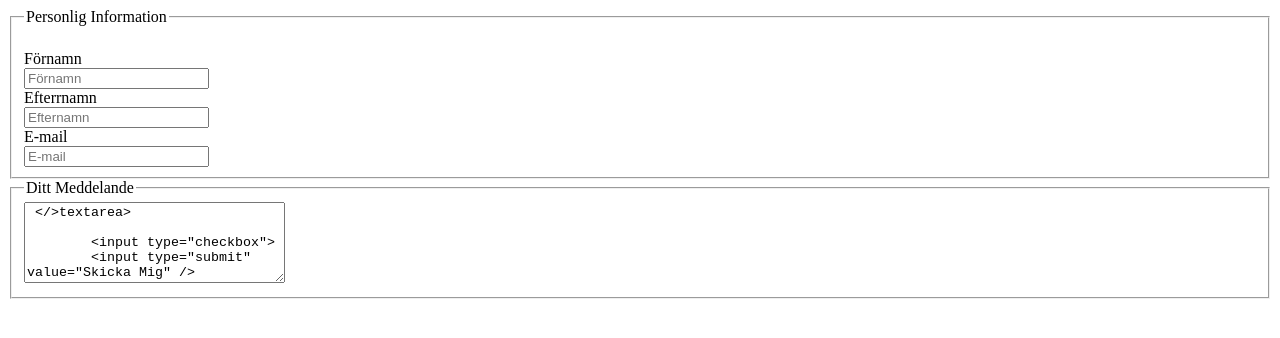
Repository: dn222em/1ik415-laborationer
Page: pages/Kontakt.html
The author's editor kept a record of every edit. The page is drawn from the files as they stood at one moment, then again after the next edit.
The browser window is 1280 px wide. The pictures show the whole page.

Above is the page before.

After the next edit:
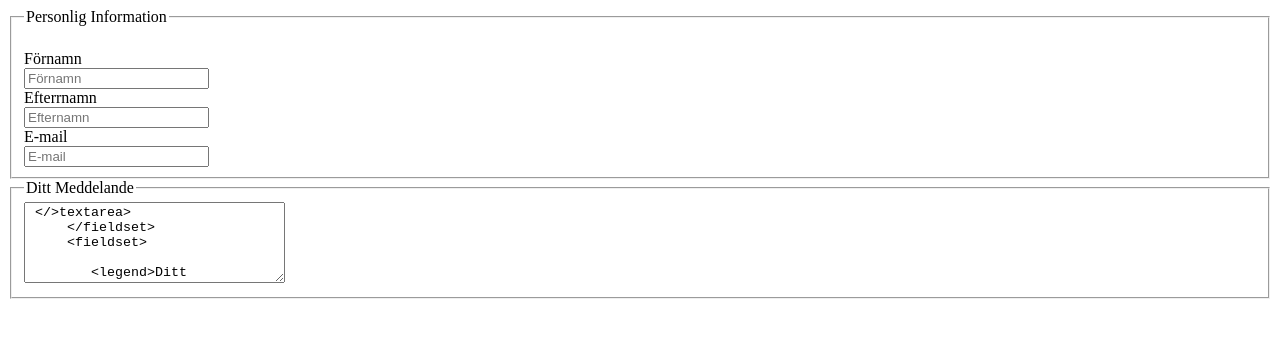
The edit:
--- a/pages/Kontakt.html
+++ b/pages/Kontakt.html
@@ -23,7 +23,10 @@
 
         <textarea required rows="5" cols="30"
         skriv ditt meddelande> </>textarea>
+     </fieldset>
+     <fieldset>
 
+        <legend>Ditt Meddelande</legend>
         <input type="checkbox">
         <input type="submit" value="Skicka Mig" />
          </fieldset>
